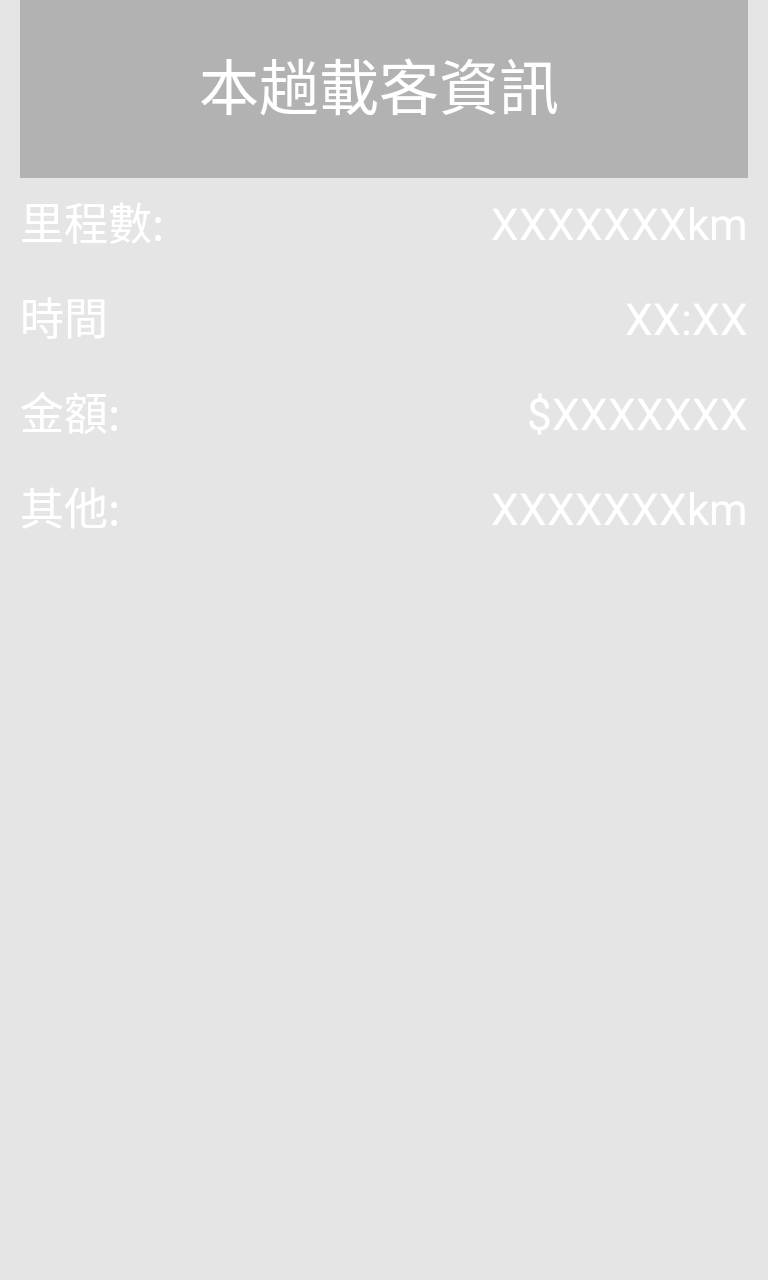
Repository: chsien/MrTaxi_Driver
Layout: MrTaxiDriver/res/layout/sum.xml
These files come from the project's save history. The layout is drawn as it stood at one moment and after the next save; the edit follows.
It is drawn on a 768 x 1280 px phone screen (xhdpi) without system bars, with theme android:Theme; the app's code is not run.

Above is the layout before, as saved 2012-06-22 13:40:50.

After the next save:
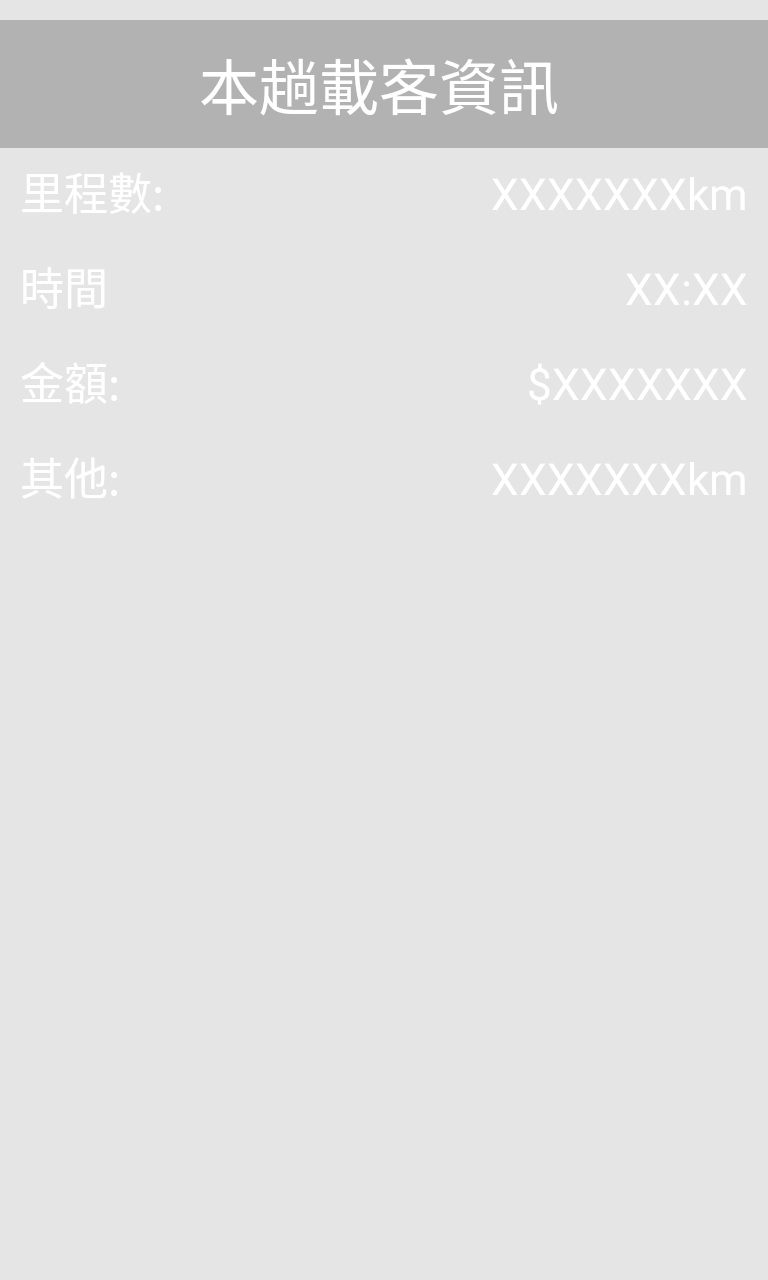
Saved 2 min 11 s later.
--- a/MrTaxiDriver/res/layout/sum.xml
+++ b/MrTaxiDriver/res/layout/sum.xml
@@ -14,8 +14,8 @@
 	    <LinearLayout
 	        android:layout_width="match_parent"
 	        android:layout_height="wrap_content"
-	        android:layout_marginLeft="10dp"
-	        android:layout_marginRight="10dp"
+	        android:layout_marginTop="10dp"
+	        android:layout_marginButtom="30dp"
 	        android:background="#ffb2b2b2"
 	        android:orientation="vertical" >
 
@@ -24,8 +24,8 @@
 	            android:layout_height="wrap_content"
 	            android:layout_marginLeft="10dp"
 	            android:layout_marginRight="10dp"
-	            android:layout_marginTop="20dp"
-	            android:layout_marginBottom="25dp"
+	            android:layout_marginTop="10dp"
+	            android:layout_marginBottom="10dp"
 	            android:gravity="center"
 	            android:layout_weight="0" >
 
@@ -144,7 +144,7 @@
 
 
 
-	        </LinearLayout>
+	    </LinearLayout>
 
 
 </FrameLayout>
